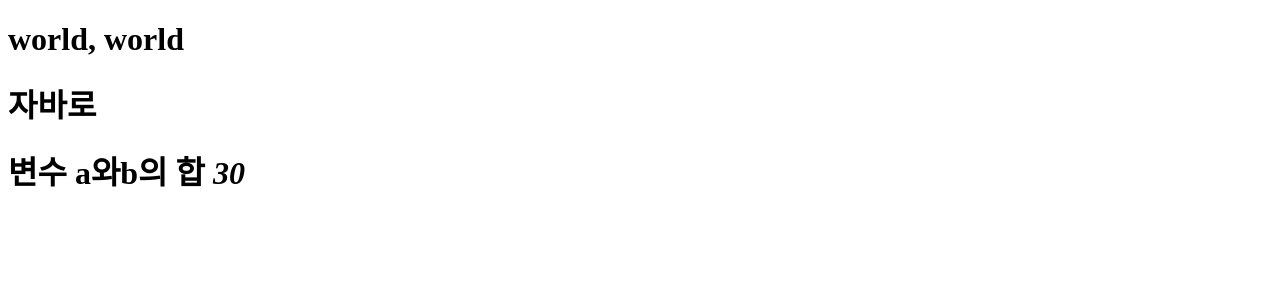
Repository: bbiot317/JSP
Page: http://localhost/Study01/
These files come from the project's save history. The page is drawn as it stood at one moment and after the next save; the edit follows.
The browser window is 1280 px wide. The pictures show the whole page.
The page is served by Tomcat 9.

Above is the page before, as saved 2022-05-30 01:53:36.

### Study01/src/main/webapp/index.jsp
<%@ page language="java" contentType="text/html; charset=utf-8"
    pageEncoding="utf-8"%>
<!DOCTYPE html>
<html>
	<head>
		<meta charset="utf-8">
		<title>ㅔㅈ목 여기</title>
	</head>
	<body>
		<h1>world, world</h1>
		<% out.println("<h1>자바로</h1>");%>
		<%
			int a=10;
			int b=20;
			int s=a+b;
			out.println("<h1>변수 a와b의 합 <i>"+s+"</i>  </h1>")	;
		%>
	</body>
</html>

After the next save:
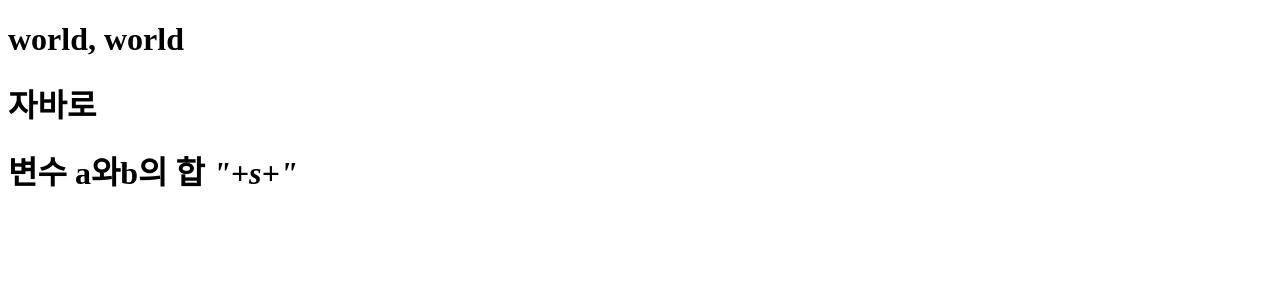
Saved 2 min 20 s later.
--- a/Study01/src/main/webapp/index.jsp
+++ b/Study01/src/main/webapp/index.jsp
@@ -13,7 +13,8 @@
 			int a=10;
 			int b=20;
 			int s=a+b;
-			out.println("<h1>변수 a와b의 합 <i>"+s+"</i>  </h1>")	;
+			//out.println("<h1>변수 a와b의 합 <i>"+s+"</i>  </h1>")	;
 		%>
+		<h1>변수 a와b의 합 <i>"+s+"</i>  </h1>
 	</body>
 </html>

After the save that followed:
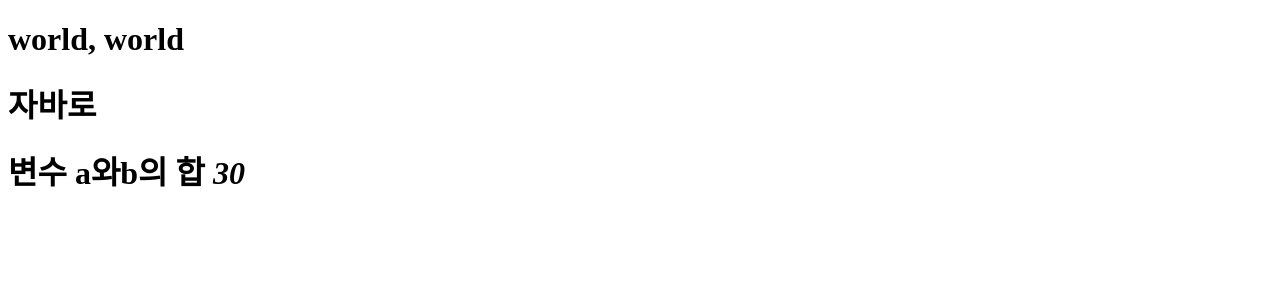
Saved 83 s later.
--- a/Study01/src/main/webapp/index.jsp
+++ b/Study01/src/main/webapp/index.jsp
@@ -15,6 +15,6 @@
 			int s=a+b;
 			//out.println("<h1>변수 a와b의 합 <i>"+s+"</i>  </h1>")	;
 		%>
-		<h1>변수 a와b의 합 <i>"+s+"</i>  </h1>
+		<h1>변수 a와b의 합 <i><%=s %></i>  </h1>
 	</body>
 </html>
